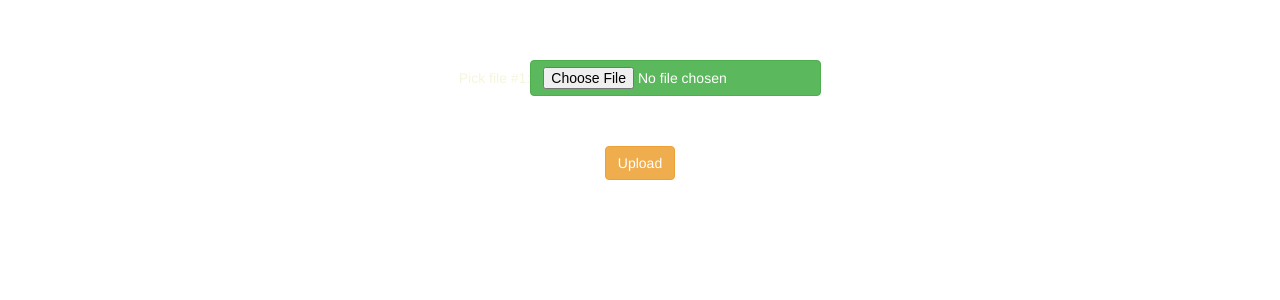
Repository: 123poornima/UpdatedSecondProject
Page: frontendPro/WebContent/_user/uploadPicture.html
These files come from the project's save history. The page is drawn as it stood at one moment and after the next save; the edit follows.
The browser window is 1280 px wide. The pictures show the whole page.

Above is the page before, as saved 2017-01-17 04:58:21.

### frontendPro/WebContent/_user/uploadPicture.html
<!DOCTYPE html>
<html>
<head>
<meta charset="ISO-8859-1">
<title>Insert title here</title>
<link rel="stylesheet" href="http://maxcdn.bootstrapcdn.com/bootstrap/3.3.7/css/bootstrap.min.css">

<!-- jQuery library -->
<script src="https://ajax.googleapis.com/ajax/libs/jquery/1.12.4/jquery.min.js"></script>

<!-- Latest compiled JavaScript -->
<script src="http://maxcdn.bootstrapcdn.com/bootstrap/3.3.7/js/bootstrap.min.js"></script>
</head>
<body>
<div align="center">
        <form method="post" action="http://localhost:8085/backendPro/doUpload" enctype="multipart/form-data">
            <table border="0">
                <tr style="color:#F5F5DC">
                    <td style="color:#F5F5DC">Pick file #1:</td>
                    <td><input class="btn btn-success" type="file" name="fileUpload" /></td>
                    <br>
                </tr>
             <br>

                <tr>
                 <br>
                    <td colspan="2" align="center"><input style="margin-top:50px" class="btn btn-warning" type="submit" value="Upload" /></td>
                </tr>


            </table>
        </form>
    </div>
</body>
</html>

After the next save:
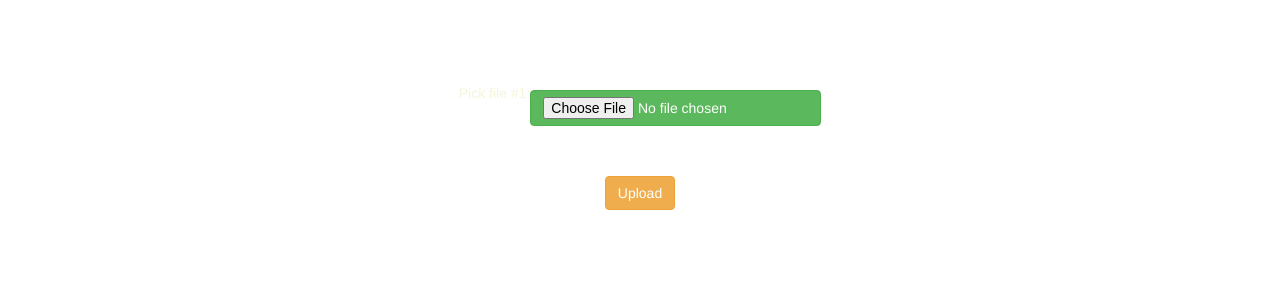
Saved 66 s later.
--- a/frontendPro/WebContent/_user/uploadPicture.html
+++ b/frontendPro/WebContent/_user/uploadPicture.html
@@ -17,7 +17,7 @@
             <table border="0">
                 <tr style="color:#F5F5DC">
                     <td style="color:#F5F5DC">Pick file #1:</td>
-                    <td><input class="btn btn-success" type="file" name="fileUpload" /></td>
+                    <td><input style="margin-top:30px" class="btn btn-success" type="file" name="fileUpload" /></td>
                     <br>
                 </tr>
              <br>
